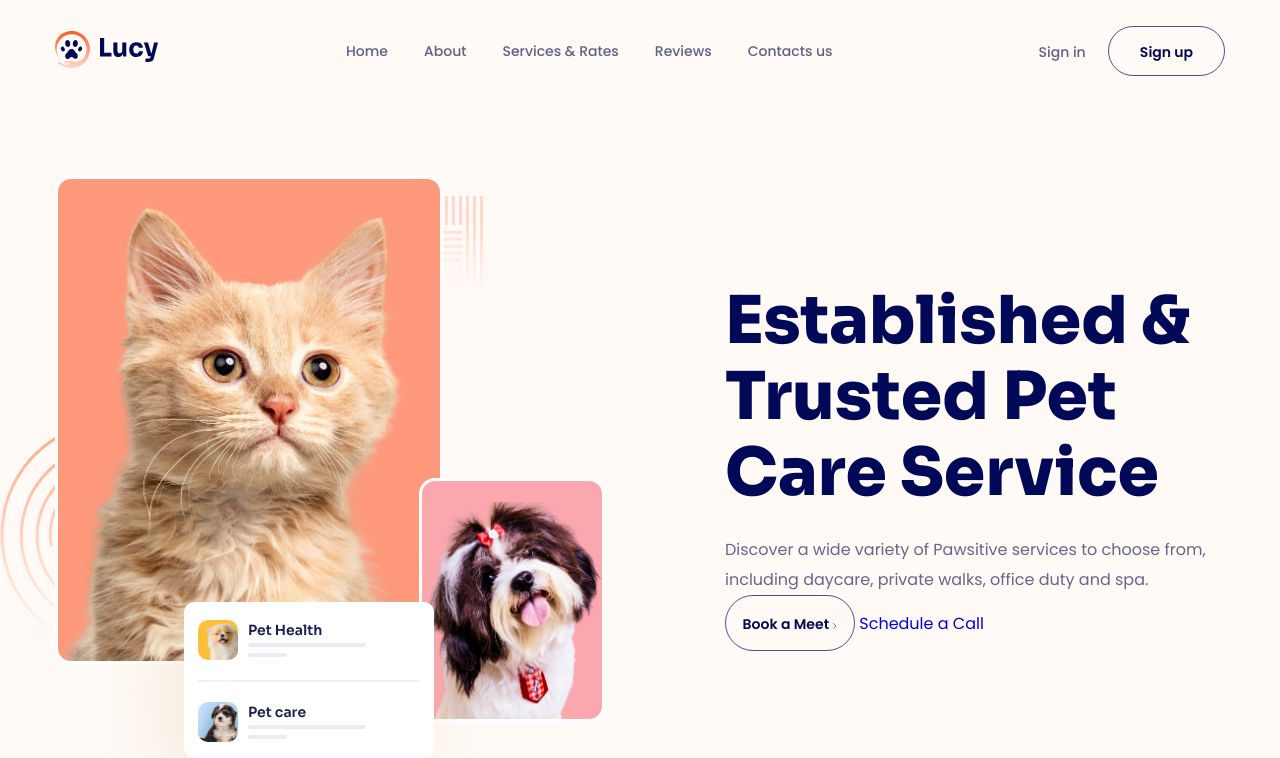
Repository: empty24062002/f8-project-05
Page: index.html
The author's editor kept a copy of each file at every save. The page is drawn from the files as they stood at one save, then again after the next save.
The browser window is 1280 px wide. The pictures show the whole page.

Above is the page before, as saved 2023-09-09 18:16:54.

After the next save:
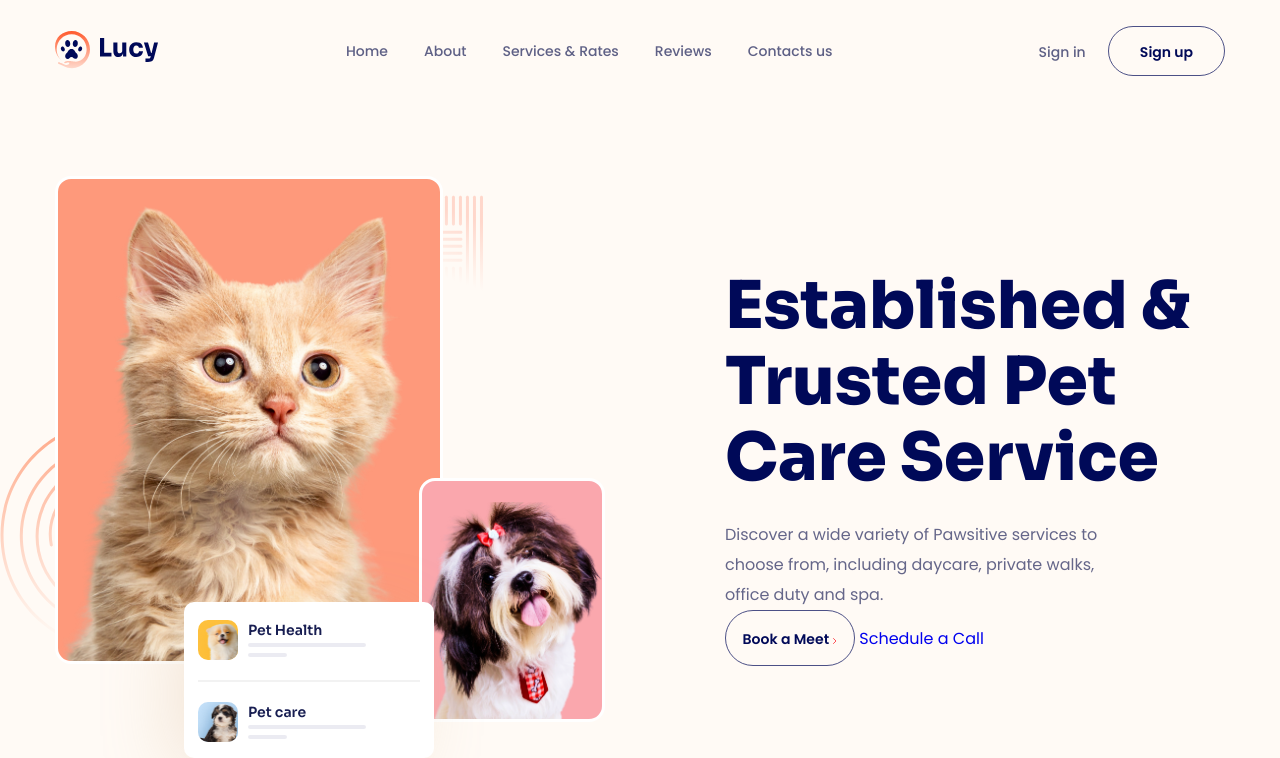
Saved 10 s later.
--- a/assets/css/styles.css
+++ b/assets/css/styles.css
@@ -220,6 +220,7 @@ a {
 }
 
 .hero__desc {
+    width: 391px;
     margin-top: 24px;
     color: #656689;
     font-size: 1.6rem;
